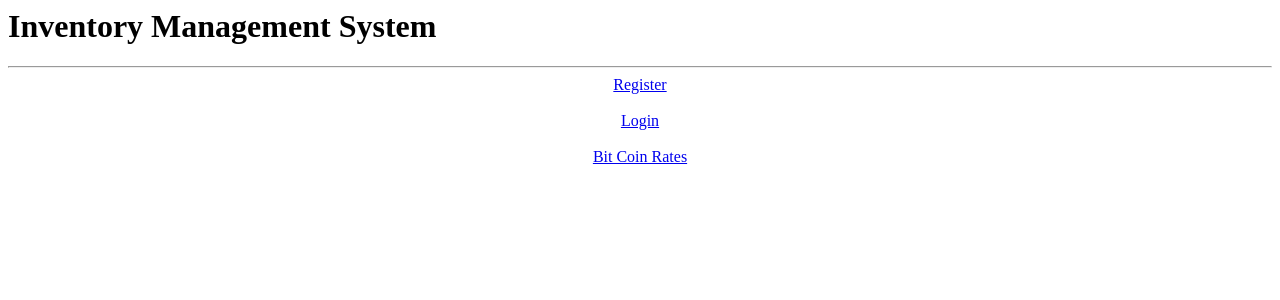
Repository: shrikant-tirki/SpringMonolith
Page: http://localhost/inventory/views/index.jsp
These files come from the project's save history. The page is drawn as it stood at one moment and after the next save; the edit follows.
The browser window is 1280 px wide. The pictures show the whole page.
The page is served by Tomcat 9. Other server files are loaded and not shown.

Above is the page before, as saved 2022-03-02 07:45:43.

### inventory/src/main/webapp/views/index.jsp
<%@ page language="java" contentType="text/html; charset=ISO-8859-1"
    pageEncoding="ISO-8859-1"%>
<link rel="stylesheet" href="/ims/resources/static/css/style1.css">

<!DOCTYPE html>
<html>
<head>
<meta charset="ISO-8859-1">
<title>IMS</title>
</head>
<body>
<h1>Inventory Management System</h1>
<hr>
<div align="center">
<a href="register">Register</a><br><br>
<a href="login">Login</a>
<br><br>
<a href="bitpay">Bit Coin Rates</a>
</div>

</body>
</html>

Loaded but not shown: inventory/src/main/resources/static/css/style1.css (no copy from this time; the picture is the same without it)

After the next save:
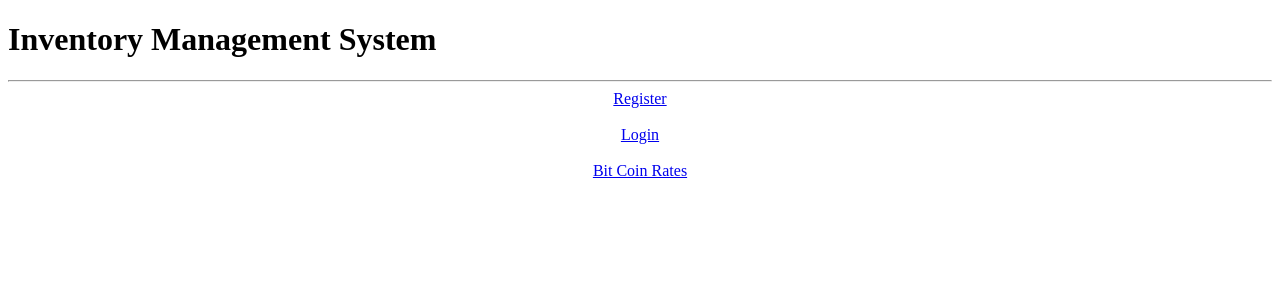
Saved 11 s later.
--- a/inventory/src/main/webapp/views/index.jsp
+++ b/inventory/src/main/webapp/views/index.jsp
@@ -1,10 +1,10 @@
 <%@ page language="java" contentType="text/html; charset=ISO-8859-1"
     pageEncoding="ISO-8859-1"%>
-<link rel="stylesheet" href="/ims/resources/static/css/style1.css">
 
 <!DOCTYPE html>
 <html>
 <head>
+<link rel="stylesheet" href="/ims/resources/static/css/style1.css">
 <meta charset="ISO-8859-1">
 <title>IMS</title>
 </head>
